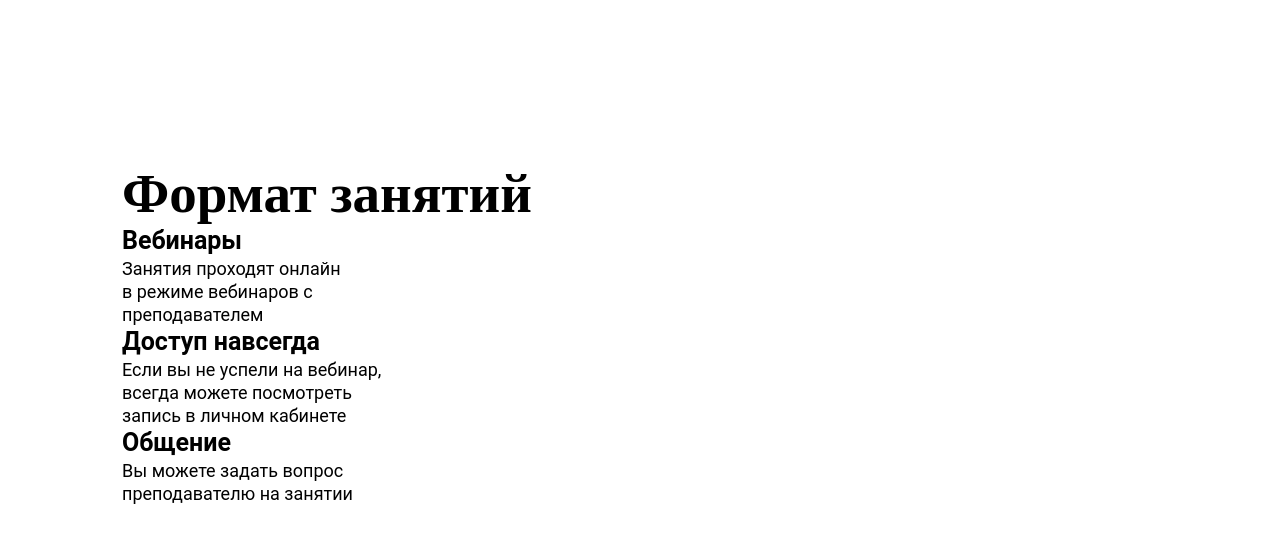
Repository: mirali879/previous-proj
Page: index.html
An editor plug-in stored every save of this project. The page is shown before and after a run of saves, followed by the edit.
The browser window is 1280 px wide. The pictures show the whole page.

Above is the page before, as saved 2023-05-06 19:10:07.

### index.html
<!DOCTYPE html>
<html lang="en">
  <head>
    <meta charset="UTF-8" />
    <meta http-equiv="X-UA-Compatible" content="IE=edge" />
    <meta name="viewport" content="width=device-width, initial-scale=1.0" />
    <link rel="stylesheet" href="/style.css" />
    <title>Document</title>
  </head>
  <body>
    <div class="page-1">
      <h1>Формат занятий</h1>

      <div class="row">
        <div class="col col-1">
          <h3>Вебинары</h3>
          <span
            >Занятия проходят онлайн в режиме вебинаров с преподавателем</span
          >
        </div>
        <div class="col col-2">
          <h3>Доступ навсегда</h3>
          <span
            >Если вы не успели на вебинар, всегда можете посмотреть запись в
            личном кабинете</span
          >
        </div>
        <div class="col col-3">
          <h3>Общение</h3>
          <span>Вы можете задать вопрос преподавателю на занятии</span>
        </div>
      </div>
    </div>

    <!-- <div class="container">
      <h1>Что узнаем?</h1>

      <div class="row">
        <ul class="list">
          <li>Кто чем занят в съёмочной группе;</li>
          <li>На какие этапы делится кинопроизводство;</li>
          <li>
            Как выглядит сценарий фильма и как он меняется по ходу съёмок;
          </li>
          <li>
            Какими методами режиссёры заставляют нас смеяться, плакать и
            грустить;
          </li>
          <li>
            Как построение кадра, музыка и свет помогают считывать заложенные в
            фильм смыслы;
          </li>
          <li>
            Какие жанры есть в кино и как от них зависит работа операторов,
            осветителей и монтажёров;
          </li>
          <li>Как, зная всё это, понимать, о чем фильм.</li>
        </ul>
      </div>
    </div> -->

    <!-- <div class="container2">
        <h1>Программа курса</h1>
        <div class="box-row">
            <div class="box">
                <img src="/images/pic-1.png" alt="">
                <h3>1. Как создают кино</h3>
                <div class="div">
                    8 сентября 20:00 Данила Кузнецов
                </div>
            </div>

            <div class="box">
                <img src="/images/pic-1.png" alt="">
                <h3>1. Как создают кино</h3>
                <div class="div">
                    8 сентября 20:00 Данила Кузнецов
                </div>
            </div>

            <div class="box">
                <img src="/images/pic-1.png" alt="">
                <h3>1. Как создают кино</h3>
                <div class="div">
                    8 сентября 20:00 Данила Кузнецов
                </div>
            </div>

            <div class="box">
                <img src="/images/pic-1.png" alt="">
                <h3>1. Как создают кино</h3>
                <div class="div">
                    8 сентября 20:00 Данила Кузнецов
                </div>
            </div>

            <div class="box">
                <img src="/images/pic-1.png" alt="">
                <h3>1. Как создают кино</h3>
                <div class="div">
                    8 сентября 20:00 Данила Кузнецов
                </div>
            </div>

            <div class="box">
                <img src="/images/pic-1.png" alt="">
                <h3>1. Как создают кино</h3>
                <div class="div">
                    8 сентября 20:00 Данила Кузнецов
                </div>
            </div>

            <div class="box">
                <img src="/images/pic-1.png" alt="">
                <h3>1. Как создают кино</h3>
                <div class="div">
                    8 сентября 20:00 Данила Кузнецов
                </div>
            </div>

            <div class="box">
                <img src="/images/pic-1.png" alt="">
                <h3>1. Как создают кино</h3>
                <div class="div">
                    8 сентября 20:00 Данила Кузнецов
                </div>
            </div>
        </div>
    </div> -->
  </body>
</html>

### style.css
* {
  margin: 0;
  padding: 0;
}

.page-1 {
  padding: 162px 344px 188px 122px;
}

.page-1 h1 {
  font-family: Roboto Slab;
  font-size: 55px;
  font-weight: 700;
  text-align: left;
}

ul {
  background-color: aqua;
  display: flex;
}
.col {
  margin-right: 112px;
}
.col-1 {
  width: 223px;
}
.col-2 {
  width: 271px;
}
.col-3 {
  width: 245px;
}

.row .col h3 {
  font-family: Roboto;
  font-size: 25px;
  font-weight: 700;
  line-height: 32px;
  letter-spacing: 0em;
  text-align: left;
}

.col span {
  font-family: Roboto;
  font-size: 18px;
  font-weight: 400;
  line-height: 23px;
  letter-spacing: 0em;
  text-align: left;
}

.list{
    width: 666px;
}

.list li {
  font-family: Roboto;
  font-size: 24px;
  font-weight: 400;
  line-height: 36px;
  letter-spacing: 0em;
  text-align: left;
}


.container2{
    padding: 0 85px 0 85px;
}

.box-row{
    display: flex;
    background-color: aqua;
    width: 100%;
    flex-wrap: wrap;

}


.box-row .box{
    width: 399px;
}

After the next 9 saves:
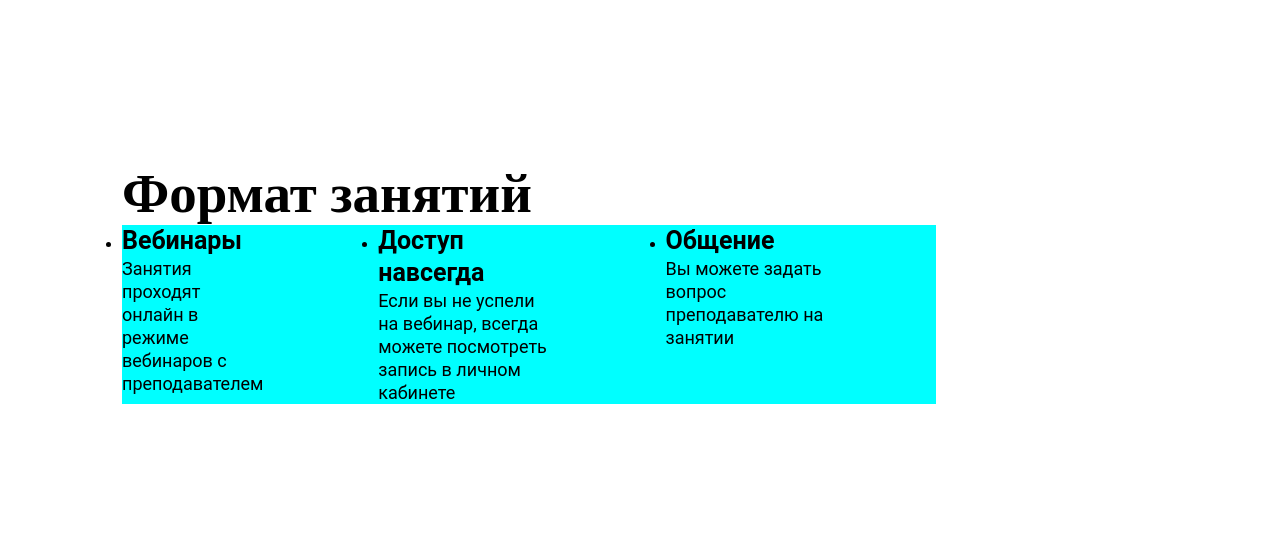
The 9 saves are shown as one change because they came seconds apart.
The last was saved 26 s later.
--- a/index.html
+++ b/index.html
@@ -11,25 +11,25 @@
     <div class="page-1">
       <h1>Формат занятий</h1>
 
-      <div class="row">
-        <div class="col col-1">
+      <ul class="row">
+        <li class="col col-1">
           <h3>Вебинары</h3>
           <span
             >Занятия проходят онлайн в режиме вебинаров с преподавателем</span
           >
-        </div>
-        <div class="col col-2">
+        </li>
+        <li class="col col-2">
           <h3>Доступ навсегда</h3>
           <span
             >Если вы не успели на вебинар, всегда можете посмотреть запись в
             личном кабинете</span
           >
-        </div>
-        <div class="col col-3">
+        </li>
+        <li class="col col-3">
           <h3>Общение</h3>
           <span>Вы можете задать вопрос преподавателю на занятии</span>
-        </div>
-      </div>
+        </li>
+      </ul>
     </div>
 
     <!-- <div class="container">
